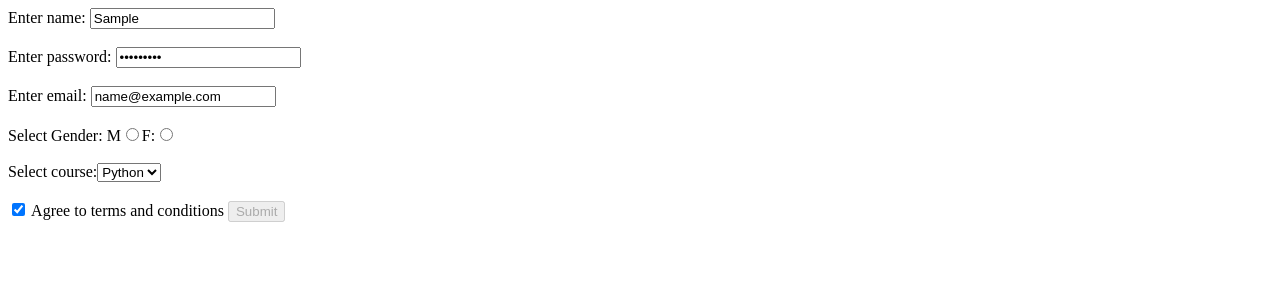
Repository: sagnik938/JSP-JSTL-and-Hibernate
Page: FormAssgn/src/main/webapp/index.html
These files come from the project's save history. The page is drawn as it stood at one moment and after the next save; the edit follows.
The browser window is 1280 px wide. The pictures show the whole page.
Empty fields were first filled with sample values (such as "Sample", 5 or name@example.com).
After loading, the first visible `#checkme` was changed once.

Above is the page before, as saved 2023-02-07 09:11:30.

### FormAssgn/src/main/webapp/index.html
<!DOCTYPE html>
<html>
<head>
<meta charset="ISO-8859-1">
<title>Form Assignment</title>
</head>
<body>
<form action="registration" >
Enter name: <input type = "text" name = "name">
<br>
<br>
Enter password: <input type = "password" name = "password">
<br>
<br>
Enter email: <input type = "email" name = "email">
<br>
<br>
Select Gender: M<input type = "radio" name ="gender">F:<input type = "radio" name ="gender">
<br>
<br>
Select course:<select name="cars">
  <option value="Python">Python</option>
  <option value="Java">Java</option>
  <option value="CPP">CPP</option>
  <option value="PHP">PHP</option>
</select>
<br>
<br>
<input type="checkbox" id = "checkme"> Agree to terms and conditions
<input type="submit" id ="sub">
</form>
<script>
var checker = document.getElementById('checkme');
var sendbtn = document.getElementById('sub');
checker.onchange = function() {
  sendbtn.disabled = !!this.checked;
};
</script>
</body>
</html>

After the next save:
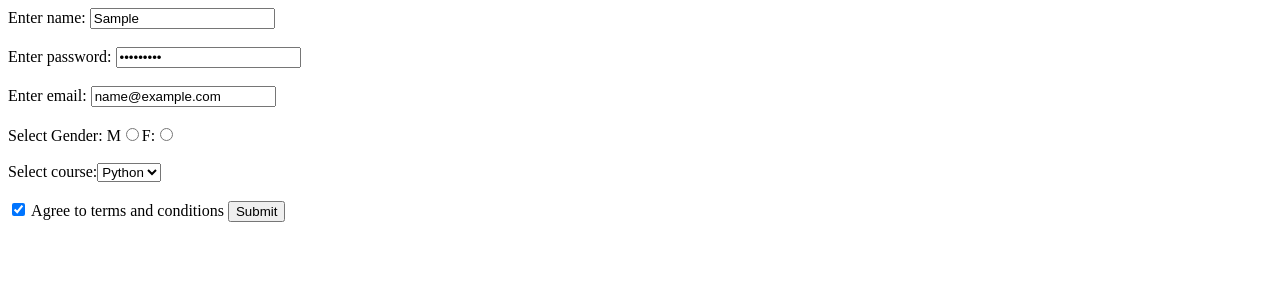
Saved 13 s later.
--- a/FormAssgn/src/main/webapp/index.html
+++ b/FormAssgn/src/main/webapp/index.html
@@ -33,7 +33,7 @@ Select course:<select name="cars">
 var checker = document.getElementById('checkme');
 var sendbtn = document.getElementById('sub');
 checker.onchange = function() {
-  sendbtn.disabled = !!this.checked;
+  sendbtn.disabled = !this.checked;
 };
 </script>
 </body>
